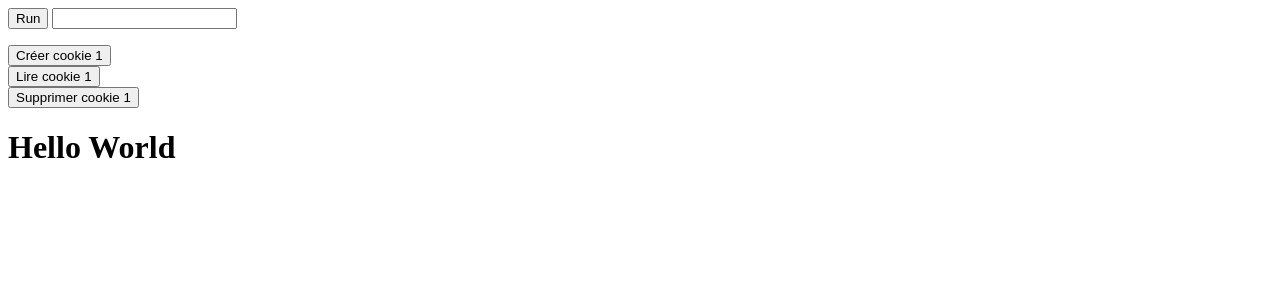
Repository: SarahG4000/workshop-cookies
Page: http://localhost/
An editor plug-in stored every save of this project. The page is shown before and after the next save, followed by the edit.
The browser window is 1280 px wide. The pictures show the whole page.
The page is run by PHP 8.4 with error messages shown; the project is at /var/www/html/.

Above is the page before, as saved 2020-09-02 11:08:10.

### src/index.php
<?php
include './php/cookies.php'; ?>

<!DOCTYPE html>
<html lang="en">

<head>
    <meta charset="UTF-8">
    <meta name="viewport" content="width=device-width, initial-scale=1.0">
    <title>Workshop</title>
</head>

<body>
    <div id="app">
        <button id="run">Run</button>

        <input type="text" id="creatin"  />
        <p>
        <button id="creat">Créer cookie 1</button><br>
        <button id="read">Lire cookie 1</button><br>
        <button id="delete">Supprimer cookie 1</button>
        </p>


        <?php HelloWorld(); ?>
    </div>
    <script src="./javasscript/cookies.js"></script>

</body>

</html>

### src/php/cookies.php
<?php

// setcookie('name', 'sarah', time() + 60 * 60 * 24);
// var_dump($_COOKIE);

$hello = 'hello World';

function HelloWorld()
{
    echo '<h1>Hello World</h1>';
}
?>

<from action="" mothod="post">
</from>

### src/javasscript/cookies.js
const hello = 'Hello World'

document.querySelector('#run').addEventListener('click', () => {
  console.log(hello)
})

After the next save:
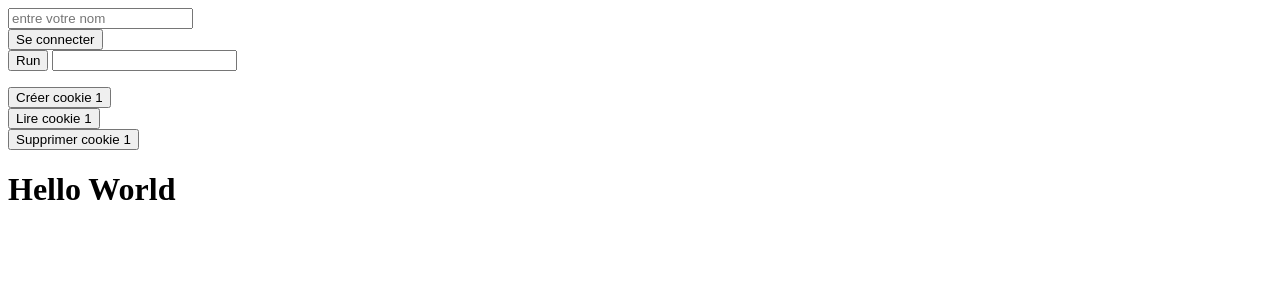
Saved 15 min 5 s later.
--- a/src/php/cookies.php
+++ b/src/php/cookies.php
@@ -12,4 +12,8 @@
 ?>
 
 <from action="" mothod="post">
+<div>
+<input name"nom" placeholder="entre votre nom" />
+</div>
+<button>Se connecter</button>
 </from>
